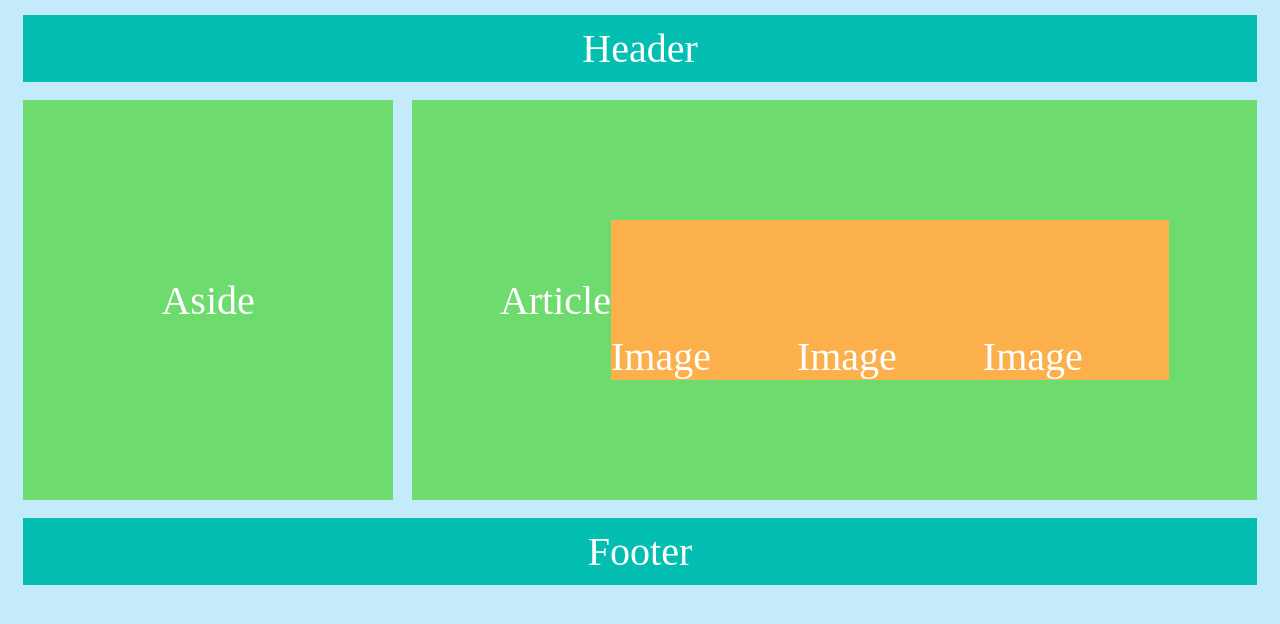
Repository: huyennvo/CSS
Page: flex-css-example/index.html
An editor plug-in stored every save of this project. The page is shown before and after the next save, followed by the edit.
The browser window is 1280 px wide. The pictures show the whole page.

Above is the page before, as saved 2022-07-18 11:09:46.

After the next save:
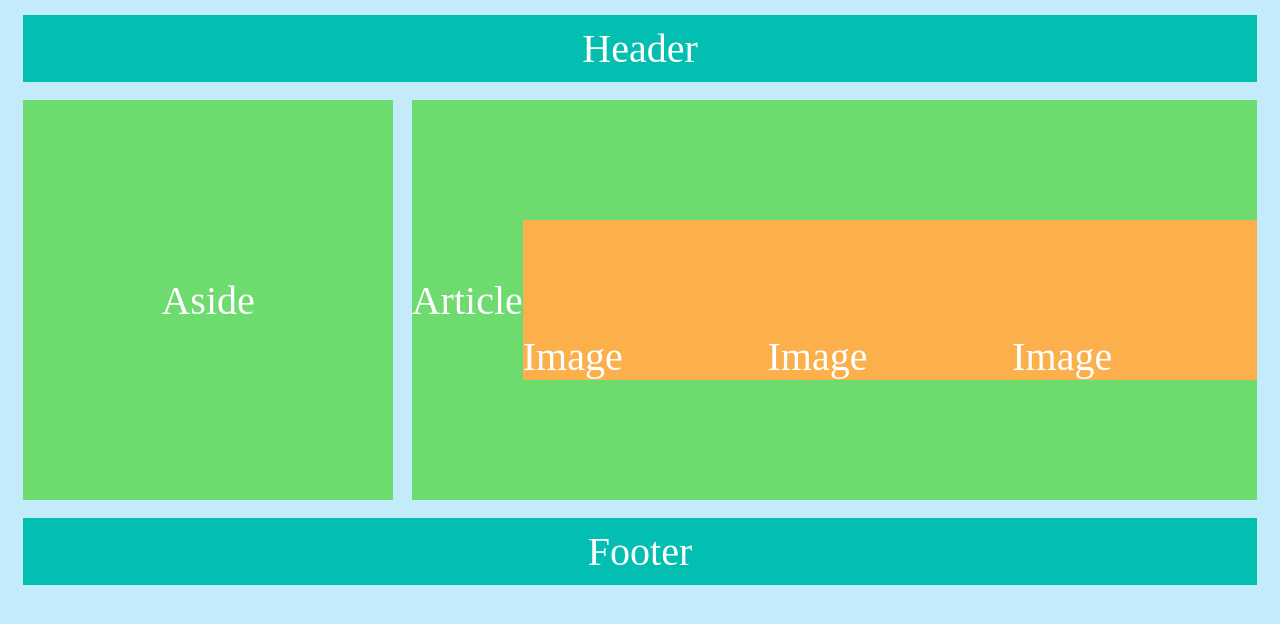
Saved 22 s later.
--- a/flex-css-example/index.css
+++ b/flex-css-example/index.css
@@ -52,6 +52,6 @@ html {
      background-color: #FBB04C;
      display: flex;
      align-items: flex-end;
-     width: 22%;
+     width: 30%;
      height: 40%;
 }
